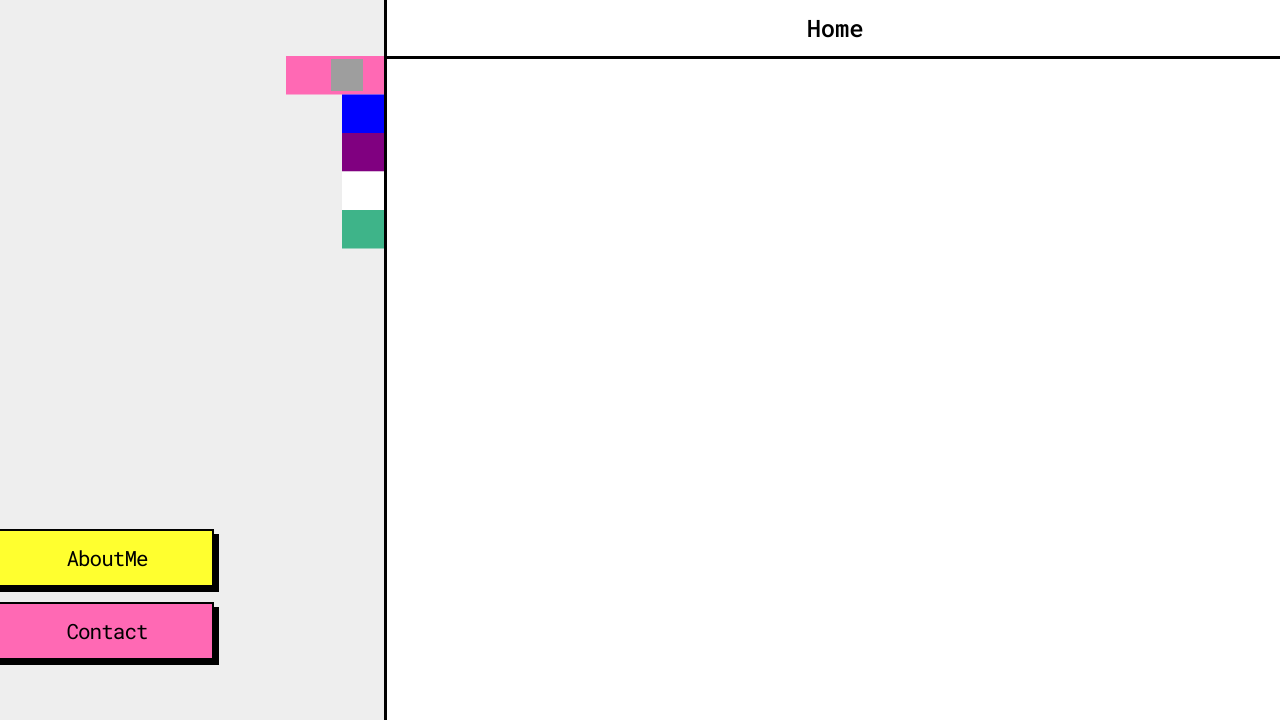
Repository: keesuk/__esuke_
Page: /Pigeon
These files come from the project's save history. The page is drawn as it stood at one moment and after the next save; the edit follows.
The browser window is 1280 px wide. The pictures show the whole page.
Pictures or frames that could not be fetched are drawn as grey boxes. The project was rebuilt for these pictures with package versions that can differ from the ones it lists, and the page was loaded fresh each time. Also part of the build but not shown: src/components/_AboutMe.jsx, src/components/_Contact.jsx, src/components/Left.js, src/components/Introduce.js, src/components/FolioList.js, src/pages/_Projects.jsx.

Above is the page before, as saved 2021-02-05 12:39:32.

After the next save:
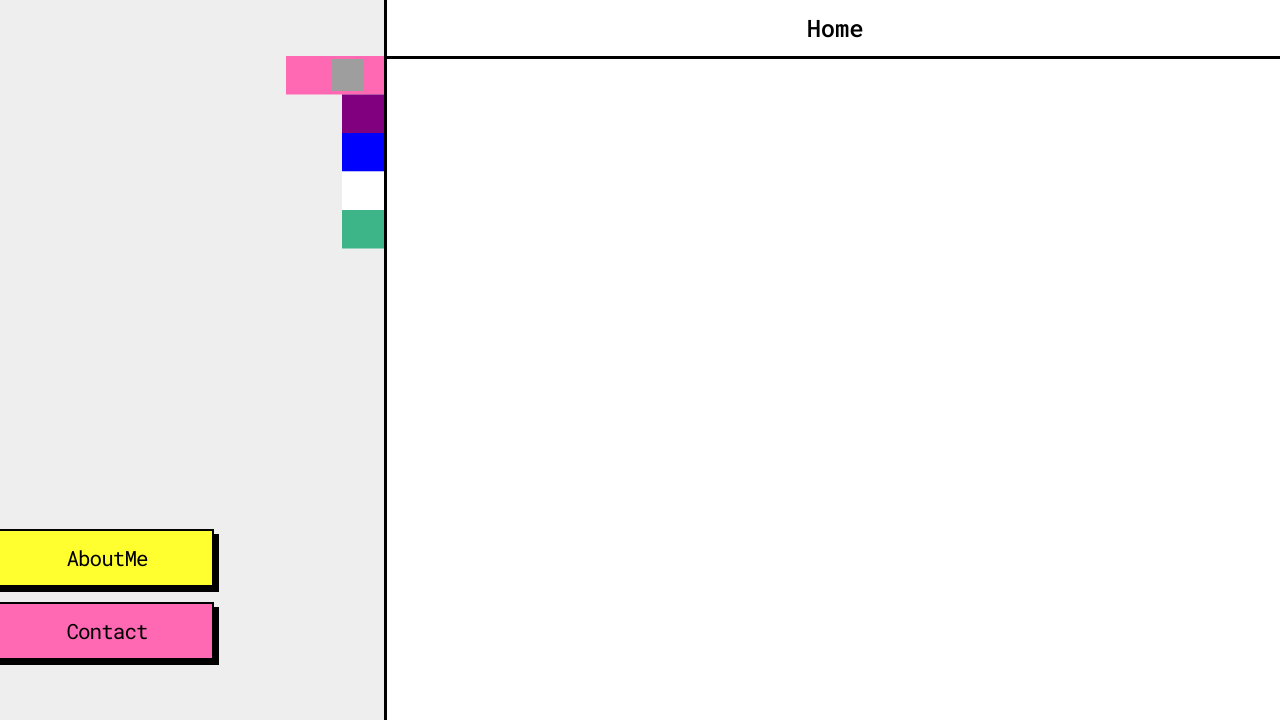
Saved 11 min 53 s later.
--- a/src/_data/_Functions.jsx
+++ b/src/_data/_Functions.jsx
@@ -61,18 +61,18 @@
         "componentR" : Pigeon,
         "componentL" : null,
     },{
+        "title": "Samsara",
+        "category": "Poster",
+        "color" : "purple",
+        "img" : SamsaraImg,
+        "componentR" : Samsara,
+        "componentL" : null,
+    },{
         "title": "Ruler",
         "category": "Editorial",
         "color" : "blue",
         "img" : RulerImg,
         "componentR" : Ruler,
-        "componentL" : null,
-    },{
-        "title": "Samsara",
-        "category": "Poster",
-        "color" : "purple",
-        "img" : SamsaraImg,
-        "componentR" : Samsara,
         "componentL" : null,
     },{
         "title": "on Voyage",
